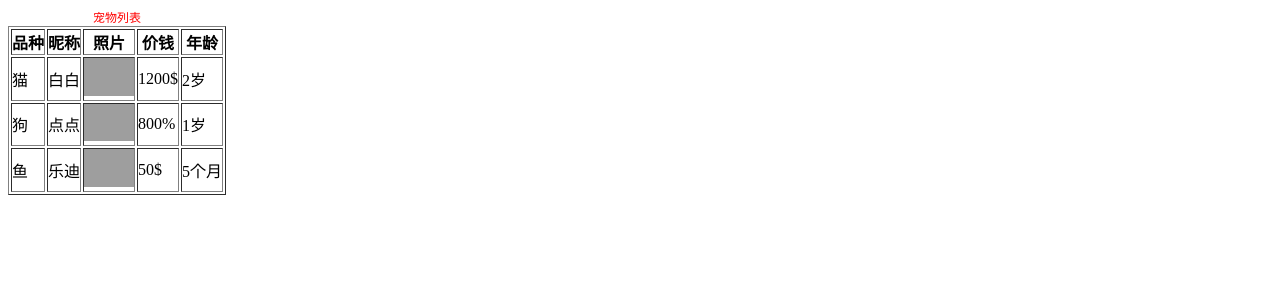
Repository: l897284707/0913
Page: 练习二.html
An editor plug-in stored every save of this project. The page is shown before and after the next save, followed by the edit.
The browser window is 1280 px wide. The pictures show the whole page.
Pictures or frames that could not be fetched are drawn as grey boxes.

Above is the page before, as saved 2022-09-13 17:48:35.

### 练习二.html
<!DOCTYPE html>
<html lang="en">

<head>
    <meta charset="UTF-8">
    <meta http-equiv="X-UA-Compatible" content="IE=edge">
    <meta name="viewport" content="width=device-width, initial-scale=1.0">
    <title>Document</title>
</head>

<body>
    <table border="1" cellapecing="0" cellpadding="0">
        <caption style="color:red;font-size: 12px;font-family: 华文行楷 ;">宠物列表</caption>
        <tr>
            <th>品种</th>
            <th>昵称</th>
            <th>照片</th>
            <th>价钱</th>
            <th>年龄</th>
        </tr>
        <tr>
            <td>猫</td>
            <td>白白</td>
            <td><img src="https://gimg2.baidu.com/image_search/src=http%3A%2F%2Fci.xiaohongshu.com%2F988586a5-dec9-53ea-35cb-02488db6c9b5%3FimageView2%2F2%2Fw%2F1080%2Fformat%2Fjpg&refer=http%3A%2F%2Fci.xiaohongshu.com&app=2002&size=f9999,10000&q=a80&n=0&g=0n&fmt=auto?sec=1665654343&t=7daca78476c671116aa444ebb5512f14"
                    alt="猫的图片" width="50"></td>
            <td>1200$</td>
            <td>2岁</td>
        </tr>
        <tr>
            <td>狗</td>
            <td>点点</td>
            <td><img src="https://img0.baidu.com/it/u=65557040,2229330939&fm=253&fmt=auto&app=120&f=JPEG?w=500&h=500" alt="狗的照片" width="50"></td>
            <td>800%</td>
            <td>1岁</td>
        </tr>
        <tr>
            <td>鱼</td>
            <td>乐迪</td>
            <td><img src="https://img0.baidu.com/it/u=2038138131,2263571719&fm=253&fmt=auto&app=138&f=JPEG?w=751&h=500" alt="鱼的照片" width="50"></td>
            <td>50$</td>
            <td>5个月</td>
        </tr>

    </table>
</body>

</html>

After the next save:
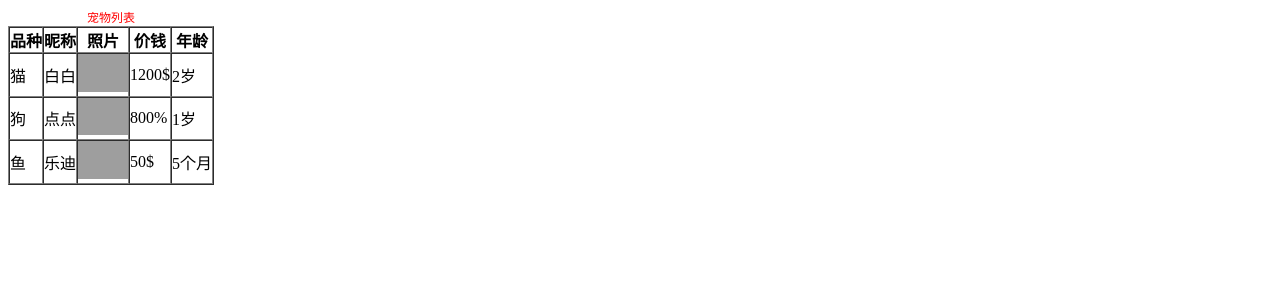
Saved 23 s later.
--- a/练习二.html
+++ b/练习二.html
@@ -9,7 +9,7 @@
 </head>
 
 <body>
-    <table border="1" cellapecing="0" cellpadding="0">
+    <table border="1" cellspacing="0" cellpadding="0">
         <caption style="color:red;font-size: 12px;font-family: 华文行楷 ;">宠物列表</caption>
         <tr>
             <th>品种</th>
